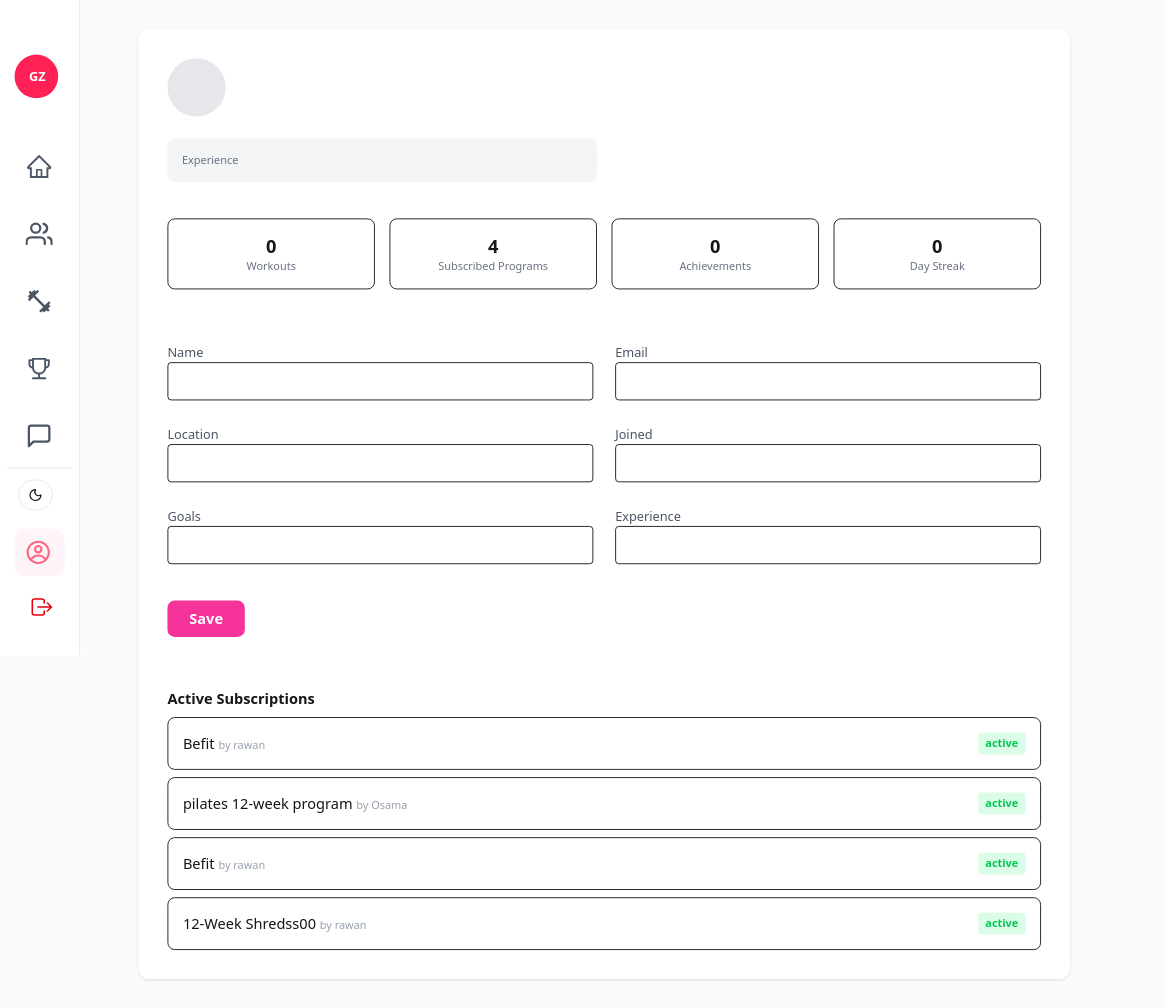
Repository: Brutalxnor/godzilla_fe
Page: /profile/edit
These files come from the project's save history. The page is drawn as it stood at one moment and after the next save; the edit follows.
The browser window is 1280 px wide. The pictures show the whole page, at 91% of full size.
The page's requests for data from a server got no answer. The project was rebuilt for these pictures with package versions that can differ from the ones it lists, and the page was loaded fresh each time. The framework's server and built-in components were replaced by stand-ins that run in the browser. No one was signed in, and anything a server would have sent is missing. Also part of the build but not shown: next.config.ts.

Above is the page before, as saved 2025-11-13 13:29:21.

### app/layout.tsx
// app/layout.tsx
import type { Metadata } from "next";
import { Geist, Geist_Mono } from "next/font/google";
import "./globals.css";
import { ToastContainer } from "react-toastify";
import { CommentsProvider } from "./community/context/CommentsContext";
import ChatNotifications from "./components/shared/ChatNotifications";

const geistSans = Geist({
  variable: "--font-geist-sans",
  subsets: ["latin"],
});

const geistMono = Geist_Mono({
  variable: "--font-geist-mono",
  subsets: ["latin"],
});

export const metadata: Metadata = {
  title: "Godzilla",
  description: "Ready to learn something new today",
};

export default function RootLayout({
  children,
}: {
  children: React.ReactNode;
}) {
  // This script runs before React hydrates and sets <html data-theme="...">
  const themeInit = `
    (function () {
      try {
        var t = localStorage.getItem('theme');
        if (!t) {
          t = window.matchMedia('(prefers-color-scheme: dark)').matches ? 'dark' : 'light';
        }
        document.documentElement.setAttribute('data-theme', t);
      } catch (e) {}
    })();
  `;

  return (
    <html lang="en" suppressHydrationWarning>
      <head>
        <script dangerouslySetInnerHTML={{ __html: themeInit }} />
      </head>
      <body
        className={`${geistSans.variable} ${geistMono.variable} antialiased`}
        // optional: ensure base colors use your CSS variables
        style={{
          background: "var(--background)",
          color: "var(--foreground)",
        }}
      >
        <ChatNotifications />
        <ToastContainer />
        <CommentsProvider>{children}</CommentsProvider>
      </body>
    </html>
  );
}

### app/profile/edit/page.tsx
"use client";
import Sidebar from "@/app/components/shared/sidebar";
import useGetUser from "@/app/Hooks/useGetUser";
import { GetUserById } from "@/app/services/Auth.service";
import { User } from "@/app/types/type";
import React, { Suspense, useEffect, useMemo, useState } from "react";
import { useForm } from "react-hook-form";

const Page = () => {
  const [user, setUser] = useState<{
    data: User;
  } | null>(null);
  const { userDB } = useGetUser();

  const shellVars = useMemo(
    () =>
      ({
        "--sb-w": "88px",
        "--extra-left": "24px",
      } as React.CSSProperties),
    []
  );

  const { register, handleSubmit, reset } = useForm();

  useEffect(() => {
    const fetchUser = async () => {
      const data = await GetUserById(userDB?.data.user_id as string);
      setUser(data);
      if (data?.data) {
        reset({
          name: data.data.name,
          email: data.data.email,
          location: data.data.location,
          experience: data.data.experience,
        });
      }
    };
    fetchUser();
  }, [userDB?.data.user_id, reset]);

  const onSubmit = (formData: any) => {
    console.log(formData);
  };

  return (
    <div className="min-h-screen bg-[#fafafa]">
      <Suspense fallback={<div className="p-6 text-gray-500">Loading...</div>}>
        <Sidebar />
      </Suspense>
      <main
        style={shellVars}
        className="w-full lg:w-[calc(95vw-var(--sb-w)-var(--extra-left))] lg:ml-[calc(var(--sb-w)+var(--extra-left))]"
      >
        <div className="mx-auto w-full max-w-5xl px-3 sm:px-4 md:px-6 lg:px-0 py-8">
          <div className="bg-white rounded-xl shadow p-8 flex flex-col gap-6">
            {/* Header */}
            <div className="flex items-center justify-between">
              <div className="flex items-center gap-4">
                <div className="bg-gray-200 rounded-full h-16 w-16 flex items-center justify-center text-2xl font-bold text-gray-700">
                  {user?.data?.first_name
                    ?.split(" ")
                    .map((n) => n[0])
                    .join("")}
                </div>
                <div>
                  <h2 className="text-lg font-semibold">
                    {user?.data?.first_name}
                  </h2>
                  <div className="text-sm text-gray-500">
                    {user?.data?.email}
                  </div>
                  <div className="text-sm text-gray-500">
                    {user?.data?.location}
                  </div>
                </div>
              </div>
            </div>

            {/* Goals and Experience */}
            <div className="grid grid-cols-2 gap-4">
              <div className="p-4 bg-gray-100 rounded-lg">
                <div className="text-xs text-gray-500">Experience</div>
                <div className="text-base font-medium">
                  {user?.data?.experience_level}
                </div>
              </div>
            </div>

            {/* Numbers and Stats (Same UI style, use your stats data here) */}
            <div className="grid grid-cols-4 gap-4 mt-4">
              <div className="bg-white border rounded-lg p-4 flex flex-col items-center">
                <span className="text-xl font-bold">0</span>
                <span className="text-xs text-gray-500">Workouts</span>
              </div>
              <div className="bg-white border rounded-lg p-4 flex flex-col items-center">
                <span className="text-xl font-bold">4</span>
                <span className="text-xs text-gray-500">
                  Subscribed Programs
                </span>
              </div>
              <div className="bg-white border rounded-lg p-4 flex flex-col items-center">
                <span className="text-xl font-bold">0</span>
                <span className="text-xs text-gray-500">Achievements</span>
              </div>
              <div className="bg-white border rounded-lg p-4 flex flex-col items-center">
                <span className="text-xl font-bold">0</span>
                <span className="text-xs text-gray-500">Day Streak</span>
              </div>
            </div>

            {/* React Hook Form (Edit profile section) */}
            <form onSubmit={handleSubmit(onSubmit)} className="space-y-6 mt-8">
              <div className="grid grid-cols-2 gap-6">
                <div>
                  <label className="text-sm text-gray-600">Name</label>
                  <input
                    type="text"
                    {...register("name")}
                    className="input w-full p-2 border rounded"
                  />
                </div>
                <div>
                  <label className="text-sm text-gray-600">Email</label>
                  <input
                    type="email"
                    {...register("email")}
                    className="input w-full p-2 border rounded"
                  />
                </div>
                <div>
                  <label className="text-sm text-gray-600">Location</label>
                  <input
                    type="text"
                    {...register("location")}
                    className="input w-full p-2 border rounded"
                  />
                </div>
                <div>
                  <label className="text-sm text-gray-600">Joined</label>
                  <input
                    type="text"
                    {...register("joined")}
                    className="input w-full p-2 border rounded"
                    disabled
                  />
                </div>
                <div>
                  <label className="text-sm text-gray-600">Goals</label>
                  <input
                    type="text"
                    {...register("goals")}
                    className="input w-full p-2 border rounded"
                  />
                </div>
                <div>
                  <label className="text-sm text-gray-600">Experience</label>
                  <input
                    type="text"
                    {...register("experience")}
                    className="input w-full p-2 border rounded"
                  />
                </div>
              </div>
              <button
                type="submit"
                className="px-6 py-2 rounded-lg bg-pink-500 text-white font-bold mt-4"
              >
                Save
              </button>
            </form>

            {/* Subscriptions Example */}
            <div className="mt-8">
              <h3 className="text-md font-semibold mb-2">
                Active Subscriptions
              </h3>
              <div className="flex flex-col gap-2">
                <div className="border rounded-lg p-4 flex items-center justify-between">
                  <span>
                    Befit{" "}
                    <span className="text-xs text-gray-400">by rawan</span>
                  </span>
                  <span className="text-green-500 font-bold text-xs bg-green-100 px-2 py-1 rounded">
                    active
                  </span>
                </div>
                <div className="border rounded-lg p-4 flex items-center justify-between">
                  <span>
                    pilates 12-week program{" "}
                    <span className="text-xs text-gray-400">by Osama</span>
                  </span>
                  <span className="text-green-500 font-bold text-xs bg-green-100 px-2 py-1 rounded">
                    active
                  </span>
                </div>
                <div className="border rounded-lg p-4 flex items-center justify-between">
                  <span>
                    Befit{" "}
                    <span className="text-xs text-gray-400">by rawan</span>
                  </span>
                  <span className="text-green-500 font-bold text-xs bg-green-100 px-2 py-1 rounded">
                    active
                  </span>
                </div>
                <div className="border rounded-lg p-4 flex items-center justify-between">
                  <span>
                    12-Week Shredss00{" "}
                    <span className="text-xs text-gray-400">by rawan</span>
                  </span>
                  <span className="text-green-500 font-bold text-xs bg-green-100 px-2 py-1 rounded">
                    active
                  </span>
                </div>
              </div>
            </div>
          </div>
        </div>
      </main>
    </div>
  );
};

export default Page;

### app/community/context/CommentsContext.tsx
"use client";
import React, { createContext, useContext, useState, ReactNode } from "react";
import axios from "axios";
import { toast } from "react-toastify";

type Comment = {
  id: string;
  postId: string;
  author: string;
  content: string;
  createdAt: string;
};

type CommentsContextType = {
  comments: Comment[];
  fetchComments: (postId: string) => Promise<void>;
  addComment: (
    postId: string,
    content: string,
    author: string
  ) => Promise<void>;
  loading: boolean;
  openPostId: string | null;
  handleTriggerOpenCommentModal: (postId: string) => void;
};

const CommentsContext = createContext<CommentsContextType | undefined>(
  undefined
);

export const CommentsProvider = ({ children }: { children: ReactNode }) => {
  const [comments, setComments] = useState<Comment[]>([]);
  const [loading, setLoading] = useState(false);
  const [openPostId, setOpenPostId] = useState<string | null>(null);

  const fetchComments = async (postId: string) => {
    setLoading(true);
    try {
      const { data } = await axios.get(

        `https://godzilla-be.vercel.app/api/v1/posts/df2a3584-aeb4-42e8-8a9b-3b8eeffc51a9`

      );
      setComments(data);
    } catch (error) {
      toast.error("فشل في تحميل التعليقات ❌");
    } finally {
      setLoading(false);
    }
  };

  const handleTriggerOpenCommentModal = (postId?: string) => {
    if (postId) {
      setOpenPostId(postId);
    } else {
      setOpenPostId(null);
    }
  };

  const addComment = async (
    postId: string,
    comment: string,
    user_id: string
  ) => {
    try {
      const body = { postId, comment, user_id };
      await axios.put(
        "https://godzilla-be.vercel.app/api/v1/posts/update-comment",
        body
      );
      toast.success("تم إضافة التعليق بنجاح 🎉");
      await fetchComments(postId);
    } catch (error) {
      toast.error("حدث خطأ أثناء إضافة التعليق ❌");
    }
  };

  return (
    <CommentsContext.Provider
      value={{
        comments,
        fetchComments,
        addComment,
        loading,
        handleTriggerOpenCommentModal,
        openPostId,
      }}
    >
      {children}
    </CommentsContext.Provider>
  );
};

// ✅ Hook للاستخدام داخل أي كومبوننت
export const useComments = () => {
  const context = useContext(CommentsContext);
  if (!context) {
    throw new Error("useComments must be used within a CommentsProvider");
  }
  return context;
};

### app/Hooks/useGetUser.ts
"use client";
// import { User } from "@/types/admin";
import { useEffect, useState } from "react";
import { User } from "../types/admin";

const useGetUser = () => {
  const [userDB, setUserDB] = useState<User | null>(null);

  useEffect(() => {
    const localUser = localStorage.getItem("user");
    if (localUser) {
      try {
        setUserDB(JSON.parse(localUser));
      } catch (err) {
        console.error("Error parsing local user:", err);
      }
    }
  }, []);

  return { userDB };
};

export default useGetUser;

### app/services/Auth.service.ts
import axios from "axios";

export const GetUserById = async (id: string) => {
  try {
    const res = await axios.get(
      `https://godzilla-be.vercel.app/api/v1/auth/getusers/${id}`
    );

    return res.data;
  } catch (err) {
    console.error("Error fetching athlete subscriptions:", err);
    throw err;
  }
};

### lib/client.ts
import { createBrowserClient } from "@supabase/ssr";

export function createClient() {
  return createBrowserClient(
    "https://uivcyyfyefpkieynavgw.supabase.co",
    "eyJhbGciOiJIUzI1NiIsInR5cCI6IkpXVCJ9.eyJpc3MiOiJzdXBhYmFzZSIsInJlZiI6InVpdmN5eWZ5ZWZwa2lleW5hdmd3Iiwicm9sZSI6ImFub24iLCJpYXQiOjE3NTkxMzI5MTgsImV4cCI6MjA3NDcwODkxOH0.9oDzn_La6VyGy39ujEBA_lZNgVl7x23Cez3FeH9tIrU"
  );
}
export const supabase = createClient();

### app/auth/services/logout.service.ts
// app/auth/services/logout.service.ts
import axios, { AxiosError } from "axios";
import { toast } from "react-toastify";

export interface LogoutResult {
  success: boolean;
  error?: string;
}


export const LogoutService = async (): Promise<LogoutResult> => {
  try {


      localStorage.removeItem("user");


      window.location.href = "/";
      window.location.reload();

      //toast.success("you are logged out successfully!");
      // setTimeout(() => {
      //     window.location.reload();
      // }, 7000);

    return { success: true };
  } catch (e) {
    return { success: false, error: "Logout failed" };
  }
};

### app/Hooks/useGetTheme.ts
// "use client";
// // import { User } from "@/types/admin";
// import { useEffect, useState } from "react";

// const useGetTheme = () => {
//   const [theme, setTheme] = useState<string>("");

//   useEffect(() => {
//     const localTheme = localStorage.getItem("theme");
//     if (localTheme) {
//       try {
//         setTheme(localTheme as string);
//       } catch (err) {
//         console.error("Error parsing local user:", err);
//       }
//     }
//   }, []);

//   return { theme };
// };

// export default useGetTheme;
"use client";

import { useEffect, useState } from "react";

type Theme = "light" | "dark";

const readFromDomOrStorage = (): Theme => {
  if (typeof window === "undefined") return "light";

  // 1) Prefer what <html data-theme=""> currently has
  const fromDom = document.documentElement.getAttribute("data-theme");
  if (fromDom === "light" || fromDom === "dark") return fromDom;

  // 2) Fallback to localStorage
  const saved = localStorage.getItem("theme");
  if (saved === "light" || saved === "dark") return saved;

  // 3) Last fallback: system preference
  return window.matchMedia("(prefers-color-scheme: dark)").matches
    ? "dark"
    : "light";
};

const useGetTheme = () => {
  const [theme, setTheme] = useState<Theme>(() => readFromDomOrStorage());

  useEffect(() => {
    // Make sure we sync once on mount (in case DOM changed before hook used)
    setTheme(readFromDomOrStorage());

    const handler = (e: Event) => {
      const custom = e as CustomEvent<Theme>;
      // extra safety check
      if (custom.detail === "light" || custom.detail === "dark") {
        setTheme(custom.detail);
      }
    };

    window.addEventListener("theme-change", handler);
    return () => window.removeEventListener("theme-change", handler);
  }, []);

  return { theme };
};

export default useGetTheme;

### app/components/ThemeToggle.tsx
// // "use client";

// // import { useEffect, useState } from "react";
// // import { Moon, Sun } from "lucide-react";

// // type Theme = "light" | "dark";

// // const getInitial = (): Theme => {
// //   if (typeof window === "undefined") return "light";
// //   const saved = localStorage.getItem("theme");
// //   if (saved === "light" || saved === "dark") return saved;
// //   // fall back to system
// //   return window.matchMedia("(prefers-color-scheme: dark)").matches ? "dark" : "light";
// // };

// // export default function ThemeToggle() {
// //   const [theme, setTheme] = useState<Theme>(getInitial);

// //   useEffect(() => {
// //     document.documentElement.setAttribute("data-theme", theme);
// //     localStorage.setItem("theme", theme);
// //   }, [theme]);

// //   return (
// //     <button
// //       onClick={() => setTheme(theme === "dark" ? "light" : "dark")}
// //       className="inline-flex items-center justify-center rounded-full border px-2.5 py-2 text-sm
// //                  border-[var(--border)] hover:bg-[var(--chip)]"
// //       title="Toggle theme"
// //       aria-label="Toggle theme"
// //     >
// //       {theme === "dark" ? (
// //         <Sun className="h-4 w-4" />
// //       ) : (
// //         <Moon className="h-4 w-4" />
// //       )}
// //     </button>
// //   );
// // }

// // "use client";

// // import { useEffect, useState } from "react";
// // import { Moon, Sun } from "lucide-react";

// // type Theme = "light" | "dark";

// // const getInitial = (): Theme => {
// //   if (typeof window === "undefined") return "light";
// //   const saved = localStorage.getItem("theme");
// //   if (saved === "light" || saved === "dark") return saved;
// //   return window.matchMedia("(prefers-color-scheme: dark)").matches ? "dark" : "light";
// // };

// // export default function ThemeToggle() {
// //   const [theme, setTheme] = useState<Theme>(getInitial);

// //   useEffect(() => {
// //     document.documentElement.setAttribute("data-theme", theme);
// //     localStorage.setItem("theme", theme);
// //   }, [theme]);

// //   return (
// //     <button
// //       onClick={() => setTheme(theme === "dark" ? "light" : "dark")}
// //       className="inline-flex items-center justify-center rounded-full border px-2.5 py-2 text-sm
// //                  border-[var(--border)] hover:bg-[var(--chip)]"
// //       title="Toggle theme"
// //       aria-label="Toggle theme"
// //     >
// //       {theme === "dark" ? <Sun className="h-4 w-4" /> : <Moon className="h-4 w-4" />}
// //     </button>
// //   );
// // }


// "use client";

// import { useEffect, useState } from "react";
// import { Moon, Sun } from "lucide-react";

// type Theme = "light" | "dark";

// const getInitial = (): Theme => {
//   if (typeof window === "undefined") return "light";
//   const saved = localStorage.getItem("theme");
//   if (saved === "light" || saved === "dark") return saved;
//   return window.matchMedia("(prefers-color-scheme: dark)").matches ? "dark" : "light";
// };

// export default function ThemeToggle() {
//   const [theme, setTheme] = useState<Theme>(getInitial);

//   useEffect(() => {
//     document.documentElement.setAttribute("data-theme", theme);
//     localStorage.setItem("theme", theme);
//   }, [theme]);

//   return (
//     <button
//       onClick={() => setTheme(theme === "dark" ? "light" : "dark")}
//       className="inline-flex items-center justify-center rounded-full border px-2.5 py-2
//                  border-[var(--border)] hover:bg-[var(--chip)]"
//       title="Toggle theme"
//       aria-label="Toggle theme"
//     >
//       {theme === "dark" ? <Sun className="h-4 w-4" /> : <Moon className="h-4 w-4" />}
//     </button>
//   );
// }


"use client";

import { useEffect, useState } from "react";
import { Moon, Sun } from "lucide-react";

type Theme = "light" | "dark";

const getInitial = (): Theme => {
  if (typeof window === "undefined") return "light";

  const saved = localStorage.getItem("theme");
  if (saved === "light" || saved === "dark") return saved;

  return window.matchMedia("(prefers-color-scheme: dark)").matches
    ? "dark"
    : "light";
};

export default function ThemeToggle() {
  const [theme, setTheme] = useState<Theme>(getInitial);

  useEffect(() => {
    // Apply to <html>
    document.documentElement.setAttribute("data-theme", theme);
    // Persist
    localStorage.setItem("theme", theme);
    // 🔔 Notify the rest of the app (our custom event)
    window.dispatchEvent(new CustomEvent<Theme>("theme-change", { detail: theme }));
  }, [theme]);

  const toggle = () => {
    setTheme((prev) => (prev === "dark" ? "light" : "dark"));
  };

  return (
    <button
      onClick={toggle}
      className="inline-flex items-center justify-center rounded-full border px-2.5 py-2
                 border-[var(--border)] hover:bg-[var(--chip)]"
      title="Toggle theme"
      aria-label="Toggle theme"
      type="button"
    >
      {theme === "dark" ? <Sun className="h-4 w-4" /> : <Moon className="h-4 w-4" />}
    </button>
  );
}

Loaded but not shown: app/components/shared/sidebar.tsx (1271 lines, source omitted); app/globals.css (367 lines, source omitted); app/components/shared/ChatNotifications.tsx (239 lines, source omitted)

After the next save:
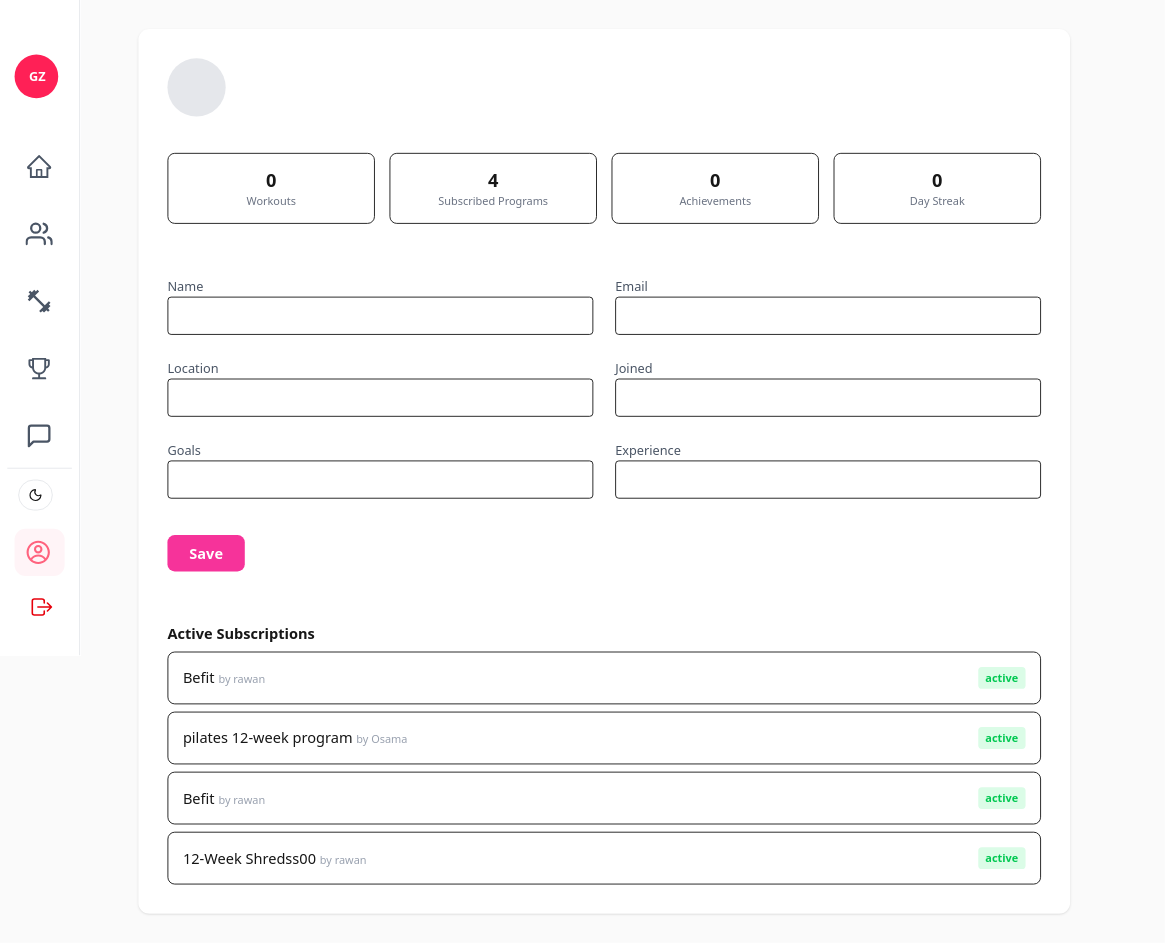
Saved 12 s later.
--- a/app/profile/edit/page.tsx
+++ b/app/profile/edit/page.tsx
@@ -77,15 +77,6 @@ const Page = () => {
               </div>
             </div>
 
-            {/* Goals and Experience */}
-            <div className="grid grid-cols-2 gap-4">
-              <div className="p-4 bg-gray-100 rounded-lg">
-                <div className="text-xs text-gray-500">Experience</div>
-                <div className="text-base font-medium">
-                  {user?.data?.experience_level}
-                </div>
-              </div>
-            </div>
 
             {/* Numbers and Stats (Same UI style, use your stats data here) */}
             <div className="grid grid-cols-4 gap-4 mt-4">
